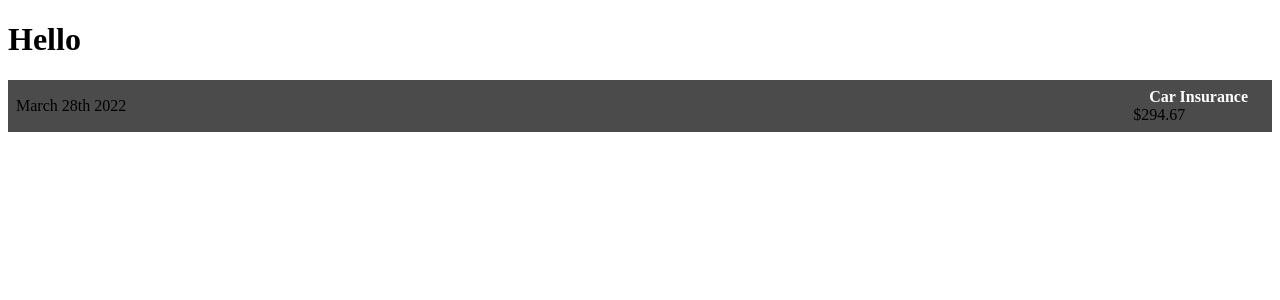
Repository: AbrorjonKuchkarov/expence-tracker-react
Page: /
These files come from the project's save history. The page is drawn as it stood at one moment and after the next save; the edit follows.
The browser window is 1280 px wide. The pictures show the whole page.
The project was rebuilt for these pictures with package versions that can differ from the ones it lists, and the page was loaded fresh each time. Also part of the build but not shown: src/App.css.

Above is the page before, as saved 2022-04-13 15:04:21.

### src/App.js
import "./App.css";
import ExpenseItem from "./components/ExpenseItem";

function App() {
  return (
    <div>
      <h1>Hello</h1>
      <ExpenseItem></ExpenseItem>
    </div>
  );
}

export default App;

### src/components/ExpenseItem.js
import React from "react";
import "./ExpenseItem.css";

const ExpenseItem = () => {
  return (
    <div className="expense-item">
      <div>March 28th 2022</div>
      <div>
        <h2>Car Insurance</h2>
        <div>$294.67</div>
      </div>
    </div>
  );
};

export default ExpenseItem;

### src/components/ExpenseItem.css
.expense-item{
   display: flex;
   justify-content: space-between;
   align-items: center;
   box-shadow: 0, 2px, 8px rgba(0,0,0,0.25);
   padding: 0.5rem;
   margin: 1rem 0;
   background-color: #4b4b4b;
}

.expense-item__description{
   display: flex;
   flex-direction: column;
   gap: 1rem;
   align-items: flex-end;
   flex-flow: column-reverse;
   justify-content: flex-start;
   flex: 1;
}

.expense-item h2{
   color: #3a3a3a;
   font-size: 1rem;
   flex: 1;
   margin: 0 1rem;
   color: white;
}

.expense-item__price {
   font-size: 1rem;
   font-weight: bold;
   color: white;
   background-color: #40005d;
   border: 1px solid white;
   padding: 0.5rem;
   border-radius: 12px;
}

@media (min-width: 580px){
   .expense-item__description{
      flex-direction: row;
      align-items: center;
      justify-content: flex-start;
      flex: 1;
   }

   .expense-item__description h2 {
      font-size: 1.25rem;
   }

   .expense-item__price {
      font-size: 1.25rem;
      padding: 0.5rem 1.5rem;
   }
}

Loaded but not shown: public/index.html (common file); src/index.js (common file)

After the next save:
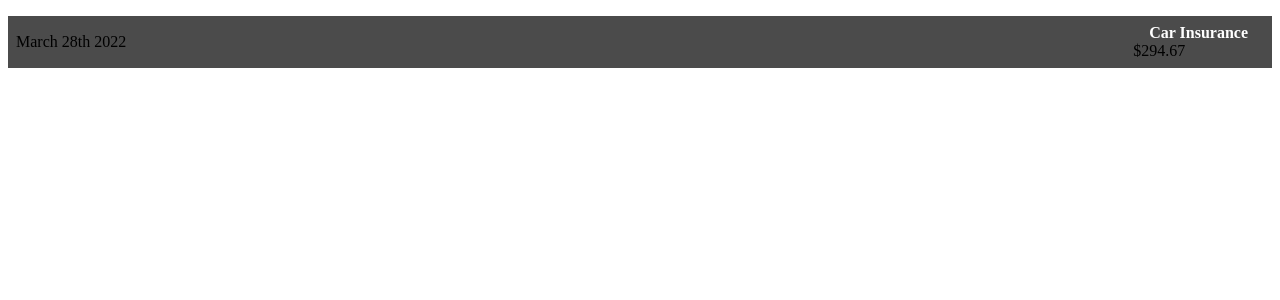
Saved 3 min 22 s later.
--- a/src/App.js
+++ b/src/App.js
@@ -4,7 +4,6 @@ import ExpenseItem from "./components/ExpenseItem";
 function App() {
   return (
     <div>
-      <h1>Hello</h1>
       <ExpenseItem></ExpenseItem>
     </div>
   );
